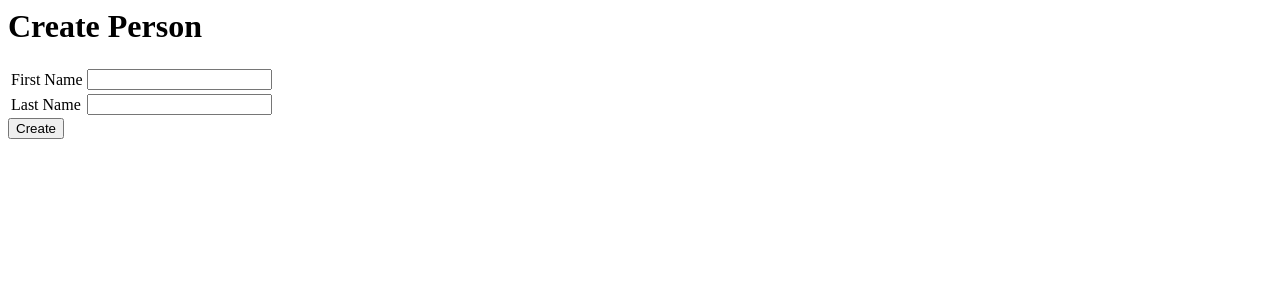
Repository: PradeepBala402/Pradeep
Page: http://localhost/MVC-Crud/mvc/createPerson
An editor plug-in stored every save of this project. The page is shown before and after the next save, followed by the edit.
The browser window is 1280 px wide. The pictures show the whole page.
The page is served by Tomcat 9.

Above is the page before, as saved 2019-10-09 07:33:36.

After the next save:
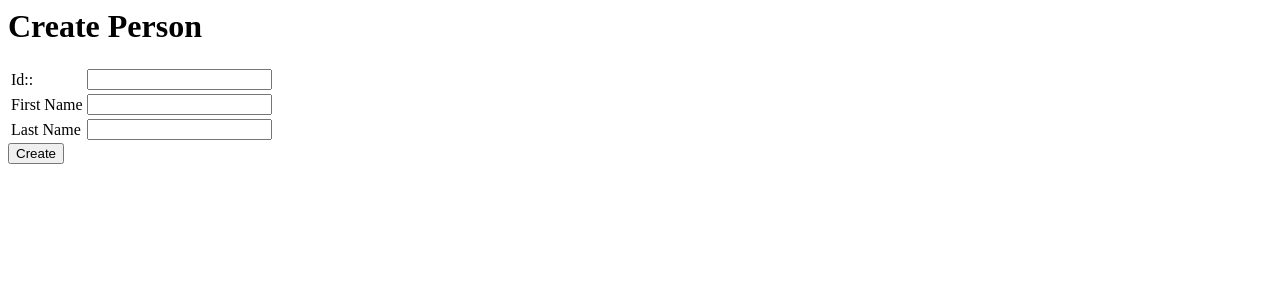
Saved 2 min 19 s later.
--- a/MVC-Crud/src/main/webapp/WEB-INF/pages/personCreate.jsp
+++ b/MVC-Crud/src/main/webapp/WEB-INF/pages/personCreate.jsp
@@ -6,6 +6,10 @@
  <form:form modelAttribute="person" method="post"
         servletRelativeAction="/mvc/createPerson">
         <table>
+        <tr>
+        <td>Id::</td>
+        <td><form:input path="id"/></td>
+        </tr>
             <tr>
                 <td>First Name</td>
                 <td><form:input path="firstName" />
